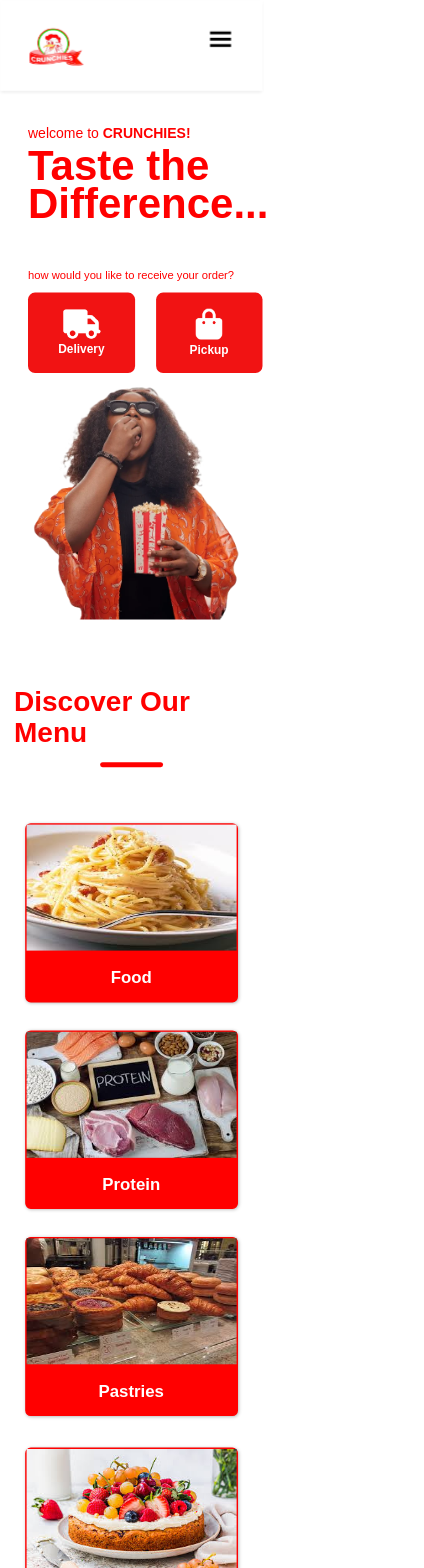
Repository: trenzyfx1/crunches-online-
Page: index.html
The author's editor kept a copy of each file at every save. The page is drawn from the files as they stood at one save, then again after the next save.
The browser window is 375 px wide. The page is 383 px wide, then 605 px, then 383 px, so the pictures cover 605 px, including what lies to the right of the window. The pictures show the part of the page from y = 0 to 2240 px (the page is 9118 px tall before and 12749 px after), at 70% of full size.

Above is the page before, as saved 2025-04-13 17:16:08.

After the next save:
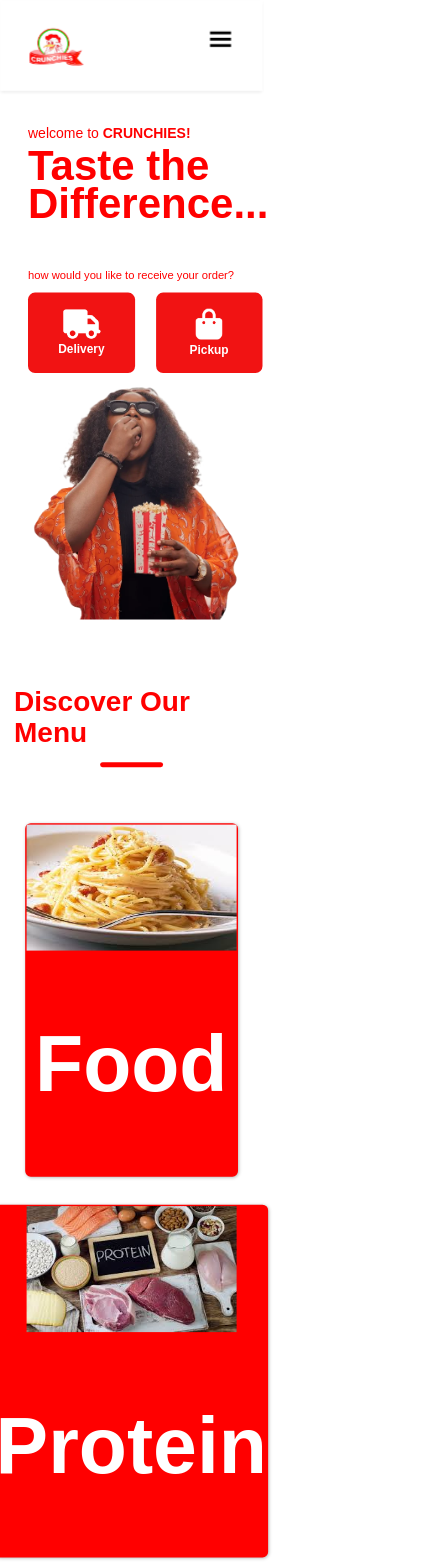
Saved 6 s later.
--- a/style.css
+++ b/style.css
@@ -748,7 +748,7 @@
 
 
     h1 {
-        /* font-size: 30vw; */
+        font-size: 30vw;
     }
 
 

After the save that followed:
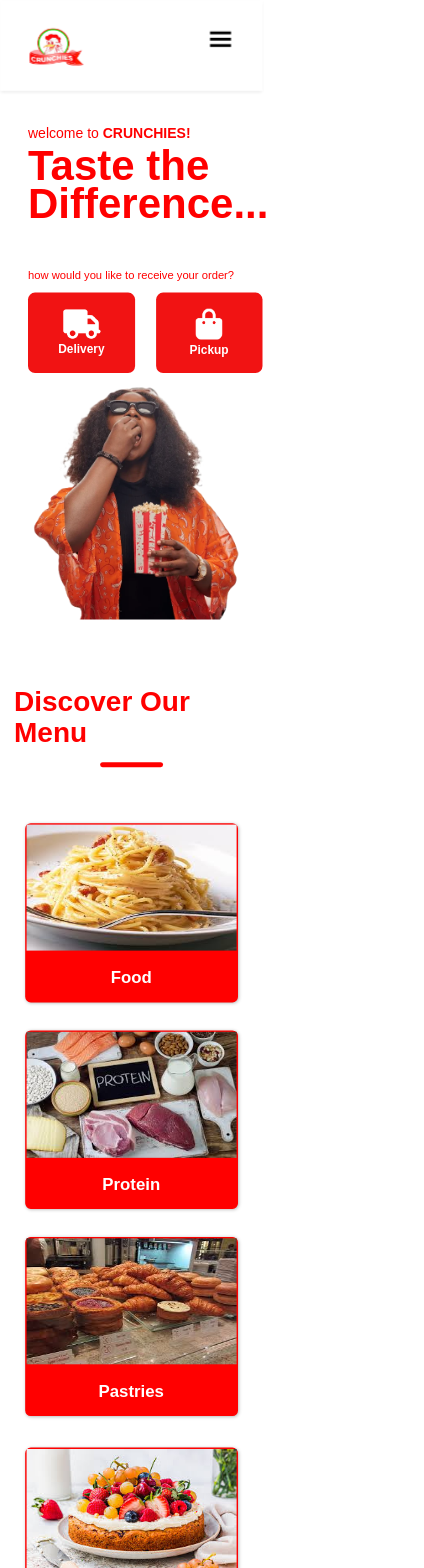
Saved 40 s later.
--- a/style.css
+++ b/style.css
@@ -747,7 +747,7 @@
     }
 
 
-    h1 {
+    sech1 {
         font-size: 30vw;
     }
 
